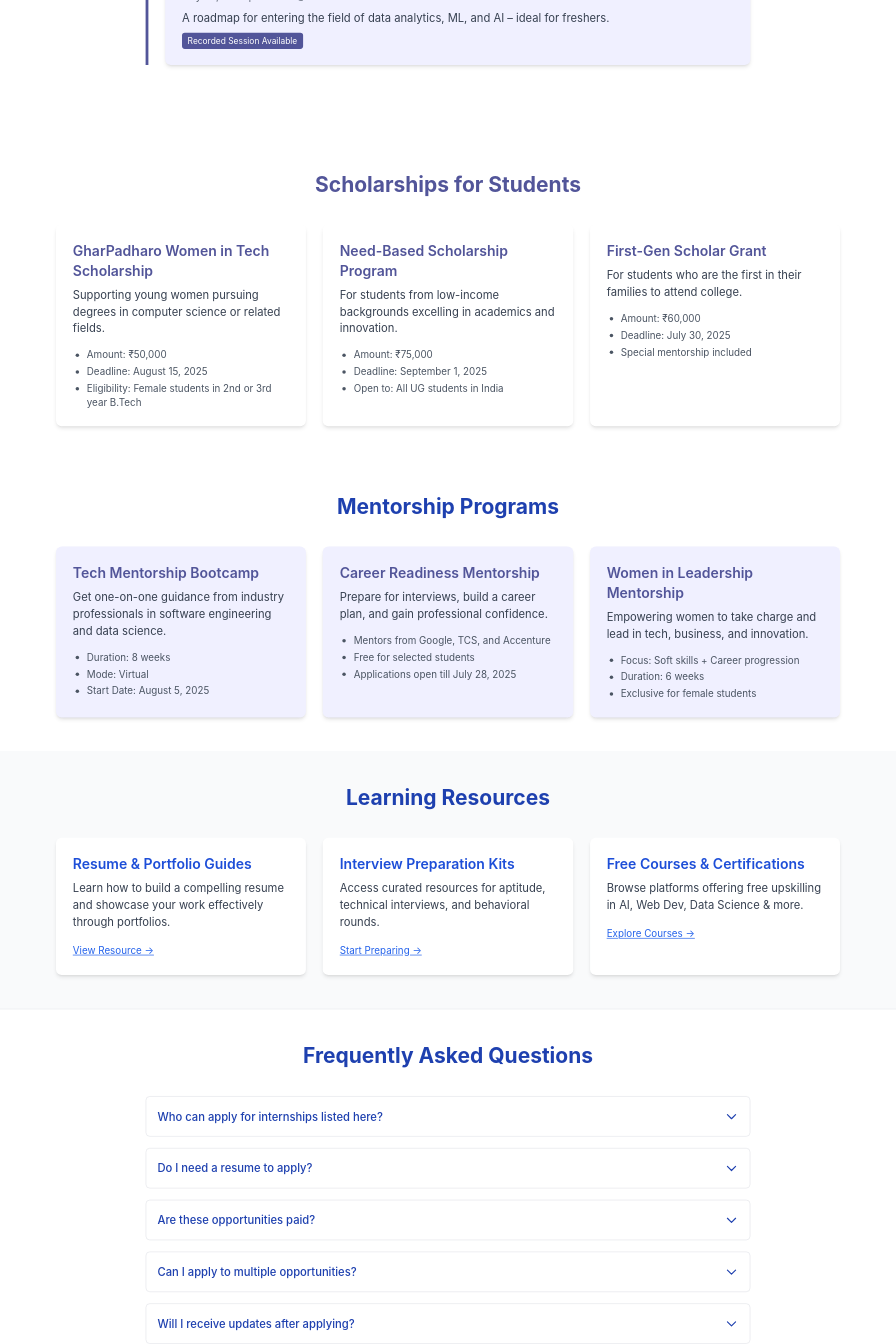
Repository: Siddharthkothiyal/GharPadhaaroCareerWebsite
Page: /#/students
The author's editor kept a copy of each file at every save. The page is drawn from the files as they stood at one save, then again after the next save.
The browser window is 1280 px wide. The pictures show the part of the page from y = 3997 to 5917 px (the page is 5965 px tall before and 6017 px after), at 70% of full size.
The project was rebuilt for these pictures with package versions that can differ from the ones it lists, and the page was loaded fresh each time. Also part of the build but not shown: src/components/CareerPortal/JobListing/JobListings.css, src/components/CareerPortal/JobListing/JobListings.js, src/components/CareerPortal/Header.css, src/components/CareerPortal/ResumeUpload.css, src/components/CareerPortal/ResumeUpload.js, src/components/CareerPortal/Header.js, src/components/CareerPortal/JobListing/JobSearch.css, src/components/CareerPortal/JobListing/JobSearch.js and 10 more.

Above is the page before, as saved 2025-06-21 22:24:29.

After the next save:
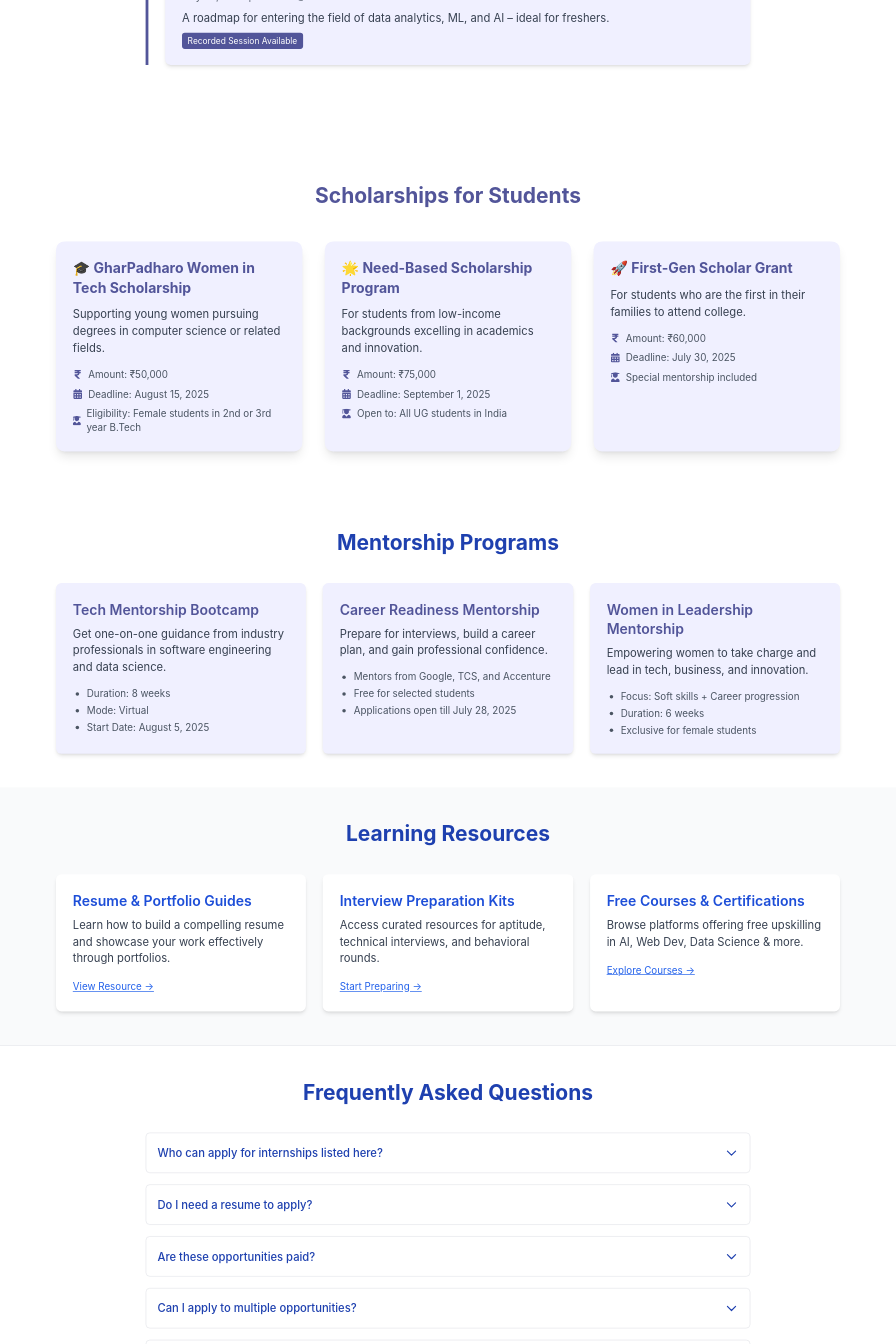
Saved 77 s later.
--- a/src/components/CareerPortal/StudentsPage/sections/Scholarships.js
+++ b/src/components/CareerPortal/StudentsPage/sections/Scholarships.js
@@ -1,57 +1,76 @@
 import React from "react";
+import { FaRupeeSign, FaCalendarAlt, FaUserGraduate } from "react-icons/fa";
 
 const Scholarships = () => {
   return (
-    <section className="py-12 bg-white">
+    <section className="py-16 bg-white">
       <div className="max-w-6xl mx-auto px-4">
-        <h2 className="text-3xl font-bold text-center text-[#525599] mb-10">
+        <h2 className="text-3xl font-bold text-center text-[#525599] mb-12">
           Scholarships for Students
         </h2>
 
-        <div className="grid md:grid-cols-3 gap-6">
+        <div className="grid md:grid-cols-3 gap-8">
           {/* Scholarship 1 */}
-          <div className="rounded-lg shadow-md p-6 hover:shadow-lg transition">
-            <h3 className="text-xl font-semibold text-[#525599] mb-2">
-              GharPadharo Women in Tech Scholarship
+          <div className="bg-[#f0f0ff] rounded-xl p-6 shadow-lg hover:scale-[1.02] transition-all duration-300">
+            <h3 className="text-xl font-bold text-[#525599] mb-3">
+              🎓 GharPadharo Women in Tech Scholarship
             </h3>
             <p className="text-gray-700 mb-4">
               Supporting young women pursuing degrees in computer science or related fields.
             </p>
-            <ul className="text-sm text-gray-600 list-disc pl-5 space-y-1">
-              <li>Amount: ₹50,000</li>
-              <li>Deadline: August 15, 2025</li>
-              <li>Eligibility: Female students in 2nd or 3rd year B.Tech</li>
-            </ul>
+            <div className="space-y-2 text-sm">
+              <div className="flex items-center gap-2 text-gray-600">
+                <FaRupeeSign className="text-[#525599]" /> Amount: ₹50,000
+              </div>
+              <div className="flex items-center gap-2 text-gray-600">
+                <FaCalendarAlt className="text-[#525599]" /> Deadline: August 15, 2025
+              </div>
+              <div className="flex items-center gap-2 text-gray-600">
+                <FaUserGraduate className="text-[#525599]" /> Eligibility: Female students in 2nd or 3rd year B.Tech
+              </div>
+            </div>
           </div>
 
           {/* Scholarship 2 */}
-          <div className=" rounded-lg shadow-md p-6 hover:shadow-lg transition">
-            <h3 className="text-xl font-semibold text-[#525599] mb-2">
-              Need-Based Scholarship Program
+          <div className="bg-[#f0f0ff] rounded-xl p-6 shadow-lg hover:scale-[1.02] transition-all duration-300">
+            <h3 className="text-xl font-bold text-[#525599] mb-3">
+              🌟 Need-Based Scholarship Program
             </h3>
             <p className="text-gray-700 mb-4">
               For students from low-income backgrounds excelling in academics and innovation.
             </p>
-            <ul className="text-sm text-gray-600 list-disc pl-5 space-y-1">
-              <li>Amount: ₹75,000</li>
-              <li>Deadline: September 1, 2025</li>
-              <li>Open to: All UG students in India</li>
-            </ul>
+            <div className="space-y-2 text-sm">
+              <div className="flex items-center gap-2 text-gray-600">
+                <FaRupeeSign className="text-[#525599]" /> Amount: ₹75,000
+              </div>
+              <div className="flex items-center gap-2 text-gray-600">
+                <FaCalendarAlt className="text-[#525599]" /> Deadline: September 1, 2025
+              </div>
+              <div className="flex items-center gap-2 text-gray-600">
+                <FaUserGraduate className="text-[#525599]" /> Open to: All UG students in India
+              </div>
+            </div>
           </div>
 
           {/* Scholarship 3 */}
-          <div className="rounded-lg shadow-md p-6 hover:shadow-lg transition">
-            <h3 className="text-xl font-semibold text-[#525599] mb-2">
-              First-Gen Scholar Grant
+          <div className="bg-[#f0f0ff] rounded-xl p-6 shadow-lg hover:scale-[1.02] transition-all duration-300">
+            <h3 className="text-xl font-bold text-[#525599] mb-3">
+              🚀 First-Gen Scholar Grant
             </h3>
             <p className="text-gray-700 mb-4">
               For students who are the first in their families to attend college.
             </p>
-            <ul className="text-sm text-gray-600 list-disc pl-5 space-y-1">
-              <li>Amount: ₹60,000</li>
-              <li>Deadline: July 30, 2025</li>
-              <li>Special mentorship included</li>
-            </ul>
+            <div className="space-y-2 text-sm">
+              <div className="flex items-center gap-2 text-gray-600">
+                <FaRupeeSign className="text-[#525599]" /> Amount: ₹60,000
+              </div>
+              <div className="flex items-center gap-2 text-gray-600">
+                <FaCalendarAlt className="text-[#525599]" /> Deadline: July 30, 2025
+              </div>
+              <div className="flex items-center gap-2 text-gray-600">
+                <FaUserGraduate className="text-[#525599]" /> Special mentorship included
+              </div>
+            </div>
           </div>
         </div>
       </div>
